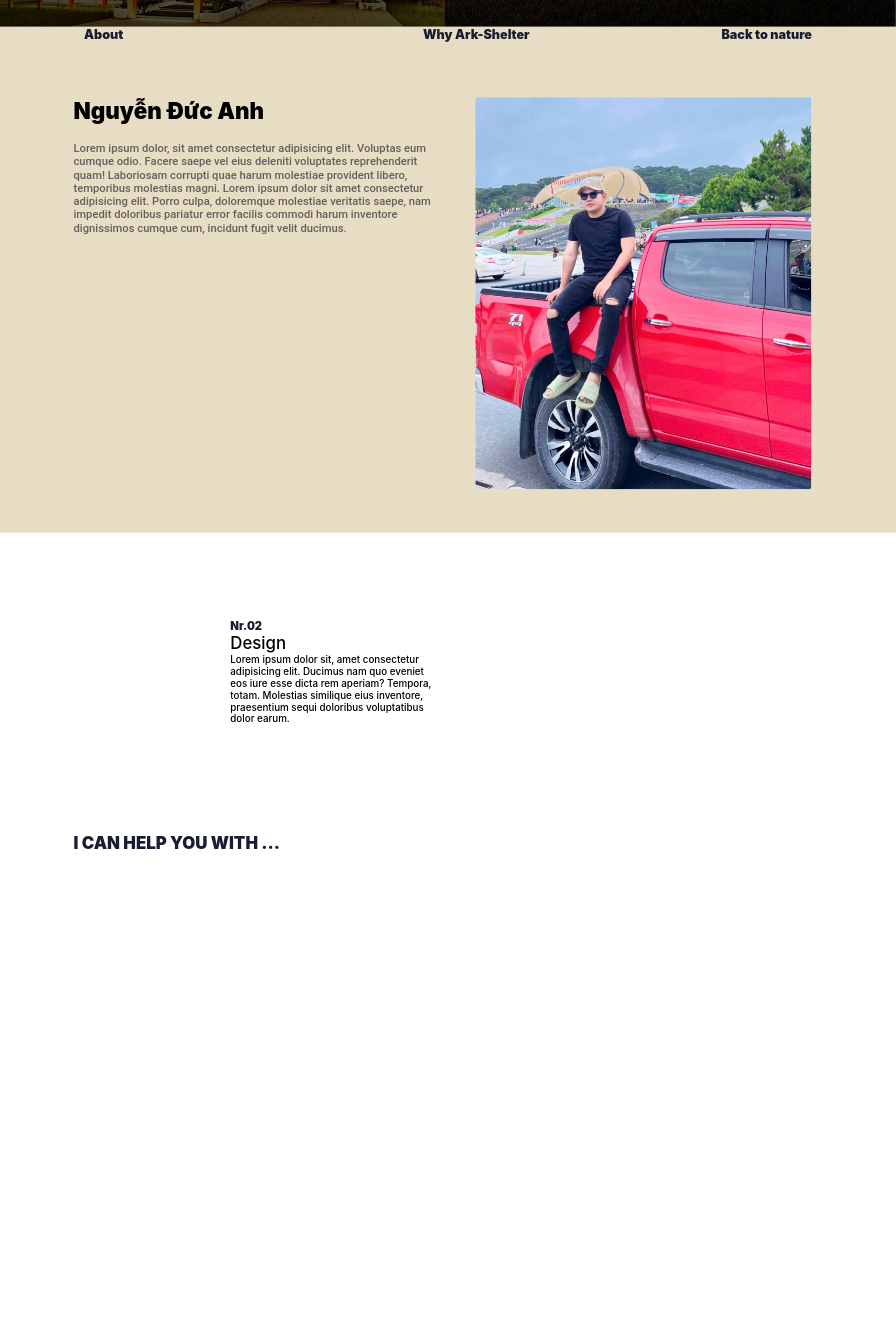
Repository: Ethanxcode/DucAnhNguyen
Page: index.html
The author's editor kept a copy of each file at every save. The page is drawn from the files as they stood at one save, then again after the next save.
The browser window is 1280 px wide. The pictures show the part of the page from y = 680 to 2600 px (the page is 10000 px tall), at 70% of full size.

Above is the page before, as saved 2023-01-14 02:11:42.

### index.html
<!DOCTYPE html>
<html lang="en">
	<head>
		<meta charset="UTF-8" />
		<meta http-equiv="X-UA-Compatible" content="IE=edge" />
		<meta name="viewport" content="width=device-width, initial-scale=1.0" />
		<link rel="stylesheet" href="./style.css" />
		<link
			rel="stylesheet"
			href="https://cdnjs.cloudflare.com/ajax/libs/font-awesome/6.2.1/css/all.min.css"
		/>
		<!-- <link rel="stylesheet" type="text/css" href="/css/fonts.css" /> -->
		<title>DucAnhNguyen</title>
	</head>
	<body>
		<div id="root">
			<section class="container bgimage header">
				<div
					class="bg-image-holder"
					style="
						background-image: url(./Assets/241194850_2108411145980762_7904081432669109629_n.jpg);
					"
				></div>
				<nav class="navigation content-above">
					<ul class="headerMenu">
						<li>
							<a href=""><h2 class="textLogo">Duc Anh</h2></a>
						</li>
						<li class="subHeaderMenu">
							<ul>
								<li>
									<a href="#" class="inter-black-iron-16px">Live</a>
								</li>
								<li>
									<a href="#" class="inter-black-iron-16px">Projects</a>
								</li>
								<li>
									<a href="#" class="inter-black-iron-16px">Contacts</a>
								</li>
							</ul>
						</li>
					</ul>
				</nav>
				<nav class="heroSubNavigation">
					<button class="btn inter-black-almod-16px" style="margin-left: 88px">
						<i class="icon-margin-8px fa-solid fa-arrow-right-from-bracket"></i>
						Check out our feature on news
					</button>
					<h1 class="heroTitle">
						New way <br />
						of living.
					</h1>
					<p class="inter-black-iron-16px" style="text-transform: capitalize">
						change the way you live life, closer to nature
					</p>
					<p class="childrenSubNav">Modular, sustainable, premeium.</p>
				</nav>
			</section>

			<section class="AboutSection container content-above">
				<header class="HeaderSection">
					<ul class="HeaderSectionMenu">
						<li>
							<h4 class="inter-black-eerie-black-18px">About</h4>
						</li>
						<ul class="subSectionMenu">
							<li>
								<h4 class="inter-black-eerie-black-18px">Why Ark-Shelter</h4>
							</li>
							<li>
								<h4 class="inter-black-eerie-black-18px">Back to nature</h4>
							</li>
						</ul>
					</ul>
				</header>
				<div class="row Aboutcontent">
					<div class="col-half">
						<h1 class="nameTitle">Nguyễn Đức Anh</h1>
						<p class="margin-top-24px inter-medium-tundora-16px">
							Lorem ipsum dolor, sit amet consectetur adipisicing elit. Voluptas
							eum cumque odio. Facere saepe vel eius deleniti voluptates
							reprehenderit quam! Laboriosam corrupti quae harum molestiae
							provident libero, temporibus molestias magni. Lorem ipsum dolor
							sit amet consectetur adipisicing elit. Porro culpa, doloremque
							molestiae veritatis saepe, nam impedit doloribus pariatur error
							facilis commodi harum inventore dignissimos cumque cum, incidunt
							fugit velit ducimus.
						</p>
						<p class="inter-black-eerie-black-24px subContent">
							I CAN HELP YOU WITH ...
						</p>
					</div>
					<div class="col-half">
						<img
							src="./Assets/P1.jpg"
							alt=""
							style="
								height: 560px;
								width: 480px;
								object-fit: cover;
								border-radius: 4px;
								float: right;
								margin-right: -14px;
							"
						/>
					</div>
					<div class="subAboutContent">
						<div class="col-half">
							<h4 class="inter-black-eerie-black-16px">Nr.02</h4>
							<h3 class="inter-medium-black-24px">Design</h3>
							<p class="inter-medium-black-14px">
								Lorem ipsum dolor sit, amet consectetur adipisicing elit.
								Ducimus nam quo eveniet eos iure esse dicta rem aperiam?
								Tempora, totam. Molestias similique eius inventore, praesentium
								sequi doloribus voluptatibus dolor earum.
							</p>
						</div>
						<div class="col-half"></div>
					</div>
				</div>
			</section>
		</div>
	</body>
</html>

### style.css
* {
	padding: 0;
	margin: 0;
	box-sizing: border-box;
}

html {
	height: 10000px;
}

:root {
	--custom-color-one: rgb(32, 45, 99, 01);
	--custom-color-two: rgb(232, 198, 113);
	--black: rgba(0, 0, 0, 1);
	--mirage: rgba(23, 28, 48, 1);
	--eerie-black: rgba(24, 29, 49, 1);
	--tundora-2: rgba(67, 66, 66, 0.8);
	--tundora: rgba(67, 66, 66, 0.8);
	--pablo: rgba(120, 113, 108, 1);
	--iron: rgba(216, 216, 216, 1);
	--almod: rgba(230, 221, 196, 1);

	--font-size-xxxs: 16px;
	--font-size-xxs: 18px;
	--font-size-xs: 22px;
	--font-size-s: 24px;
	--font-size-m: 28px;
	--font-size-l: 32px;
	--font-size-xl: 36px;
	--font-size-xxl: 48px;
	--font-size-xxxl: 128px;

	--font-family-inter: 'Inter';
	--font-family-roboto: 'Roboto';
}

.root {
	max-width: 1920px;
	max-height: 10000px;
}

.col {
	float: left;
	padding-left: 8px;
	padding-right: 8px;
}

.col-third {
	width: 33.33333%;
}

.col-half {
	width: 50%;
}

.col-full {
	width: 100%;
}

.col-sm-12 {
	position: relative;
	width: 100%;
	padding-right: 15px;
	padding-left: 15px;
}

.mt-8 {
	margin-top: 8px;
}

.mt-16 {
	margin-top: 16px;
}

.mt-32 {
	margin-top: 32px;
}

.row {
	display: flex;
	flex-wrap: wrap;
	width: 100%;
	margin-right: -15px;
	margin-left: -15px;
}

.first-sub-row {
	width: 100%;
	/* padding: 0 15px; */
	margin: 0 auto;
	flex: wrap;
	display: flex;
}

.second-sub-row {
	width: 100% !important;
	/* padding: 0 15px; */
	margin: 0 auto;
	justify-content: space-between;
}

/* Classes */
.inter-black-iron-16px {
	color: var(--iron);
	font-family: var(--font-family-inter);
	font-size: var(--font-size-xxs);
	font-weight: 900;
	font-style: normal;
	text-transform: uppercase;
	user-select: none;
}

.inter-black-iron-24px {
	color: var(--iron);
	font-family: var(--font-family-inter);
	font-size: var(--font-size-s);
	font-weight: 900;
	font-style: normal;
	user-select: none;
}

.inter-black-eerie-black-24px {
	color: var(--eerie-black);
	font-family: var(--font-family-inter);
	font-size: var(--font-size-s);
	font-weight: 900;
	font-style: normal;
}
.inter-black-eerie-black-18px {
	color: var(--eerie-black);
	font-family: var(--font-family-inter);
	font-size: 18px;
	font-weight: 900;
	font-style: normal;
}

.inter-black-eerie-black-16px {
	color: var(--eerie-black);
	font-family: var(--font-family-inter);
	font-size: 16px;
	font-weight: 900;
	font-style: normal;
}

.inter-medium-black-14px {
	color: var(--black);
	font-family: var(--font-family-inter);
	font-size: 14px;
	font-weight: 500;
	font-style: normal;
}

.inter-medium-black-16px {
	color: var(--black);
	font-family: var(--font-family-inter);
	font-size: var(--font-size-xxxs);
	font-weight: 500;
	font-style: normal;
}

.inter-medium-black-24px {
	color: var(--black);
	font-family: var(--font-family-inter);
	font-size: var(--font-size-s);
	font-weight: 500;
	font-style: normal;
}

.inter-medium-black-32px {
	color: var(--black);
	font-family: var(--font-family-inter);
	font-size: var(--font-size-l);
	font-weight: 500;
	font-style: normal;
}

.inter-medium-tundora-28px {
	color: var(--tundora);
	font-family: var(--font-family-roboto);
	font-size: var(--font-size-m);
	font-weight: 500;
	font-style: normal;
}

.inter-medium-tundora-16px {
	color: var(--tundora);
	font-family: var(--font-family-roboto);
	font-size: var(--font-size-xxxs);
	font-weight: 500;
	font-style: normal;
}
.inter-medium-tundora-18px {
	color: var(--tundora);
	font-family: var(--font-family-roboto);
	font-size: var(--font-size-xxs);
	font-weight: 500;
	font-style: normal;
}

.inter-medium-tundora-28px-2 {
	color: var(--tundora-2);
	font-family: var(--font-family-inter);
	font-size: var(--font-size-m);
	font-weight: 500;
	font-style: normal;
}

.inter-medium-tundora-28px-2 {
	color: var(--tundora);
	font-family: var(--font-family-inter);
	font-size: var(--font-size-m);
	font-weight: 500;
	font-style: normal;
}

.btn {
	text-decoration: none;
	padding: 16px 24px;
	margin: 0;
	background-color: var(--mirage);
	color: var(--almod);
	font-weight: 500;
	display: inline-block;
	box-shadow: 0 4px 30px rgb(0 0 0 / 10%);
	transition: 0.3s ease;
	border: none;
	/* position: relative; */
	text-align: center;
	border-radius: 100px;
	font-family: var(--font-family-inter);
	font-size: 14px;
	font-weight: 900;
	font-style: normal;
}
.icon-margin-8px {
	margin-right: 8px;
}
.btn:hover {
	background-color: rgba(11, 16, 41, 0.85);
	color: rgb(233, 200, 117);
	cursor: pointer;
}

.btn:hover:before {
	opacity: 0.07;
	visibility: visible;
}

.btn:hover {
	/* color: #212529; */
	text-decoration: none;
}

.btn--xs {
	line-height: 42px;
	padding: 0 19px;
	font-size: 15px;
	margin: 0px 8px;
}

.btn--news-xs {
	line-height: 36px;
	padding: 6px 20px;
	font-size: 15px;
}

.btn--news-xs > a {
	line-height: 36px;
	/* padding: 4px 16px; */
	font-size: 20px;
	color: #fff;
	font-weight: 400;
}

.news-btn {
	margin-top: 16px;
}

.btn-form--xs {
	line-height: 36px;
	padding: 0 19px;
	font-size: 15px;
}

.btn--lg,
.btn-lg {
	line-height: 55px;
	font-size: 16px;
	min-width: 195px;
}

.heroTitle {
	color: var(--iron);
	font-family: var(--font-family-inter);
	font-size: 88px;
	font-weight: 900;
	letter-spacing: 0;
	line-height: normal;
	margin-top: 40px;
	min-height: 150px;
	text-transform: uppercase;
	/* width: 752px; */
	text-shadow: 14px 4px 16px #000;
	user-select: none;
}

.textLogo {
	text-transform: uppercase;
	color: var(--iron);
	font-family: var(--font-family-inter);
	font-size: var(--font-size-xxl);
	font-weight: 900px;
	letter-spacing: 0;
	line-height: normal;
	/* min-height: 94px; */
	/* min-width: 334px; */
	user-select: none;
}

.container {
	width: 100%;
	padding-right: 120px;
	padding-left: 120px;
	margin-right: auto;
	margin-left: auto;
}

.content-above {
	position: relative;
	z-index: 2;
	user-select: none;
}

.bg-image-holder {
	position: absolute;
	height: 100%;
	width: 100%;
	top: 0;
	left: 0;
	background-size: cover;
	/* background-position: 50% 50% !important; */
	z-index: 0;
	filter: brightness(36%) contrast(100%) saturate(180%);
	box-shadow: inset 0px -36px 100px rgba(0, 0, 0, 0.25);
	-webkit-backdrop-filter: brightness(36%) contrast(100%) saturate(180%);
	/* scale: (5px); */
	/* -webkit-transition: opacity 0.3s linear; */
}

.navigation {
	margin-bottom: 64px;
}

.heroSubNavigation {
	width: 100%;
	position: relative;
}

/* .navigation .subNavigation {
	display: table;
	vertical-align: middle;
	text-align: center;
	width: 100%;
	height: 100%;
} */

.childrenSubNav {
	color: var(--iron);
	font-family: var(--font-family-inter);
	font-size: 14px;
	font-weight: 900;
	position: absolute;
	/* margin-bottom: 61px; */
	margin-right: -130px;
	/* min-height: 27px; */
	/* min-width: 360px; */
	transform: rotate(90deg);
	/* position: relative; */
	right: 0;
	top: 62%;
}

.hero-area .hero-content .content-wrapper {
	display: table-cell;
	vertical-align: middle;
}

.headerMenu {
	align-items: center;
	display: flex;
	justify-content: space-between;
}

.headerMenu > li {
	display: inline-block;
	/* padding: 12px 0; */
	/* margin-right: 30px; */
	list-style: none;
}

a {
	text-decoration: none;
}

li {
	list-style: none;
}

.subHeaderMenu > ul {
	flex-direction: row;
	display: flex;
}

.subHeaderMenu > ul > li {
	list-style: none;
	line-height: 34px;
	margin-right: 60px;
	padding: 24px 0;
}

subHeaderMenu > ul > li > a {
	/* gap: 0.5em; */
	text-decoration: none;
}

.subHeaderMenu > ul > li > a:hover {
	cursor: pointer;
	gap: 0.5em;
	color: var(--pablo);
	/* background-color: #fffd; */
	/* backdrop-filter: blur(10px) saturate(160%) contrast(180%); */
}

.header {
	height: 678px;
}

.AboutSection {
	background-color: var(--almod);
	height: 723px;
	/* position: relative; */
	width: 100%;
}

.margin-top-16px {
	margin-top: 16px;
}
.margin-top-24px {
	margin-top: 24px;
}
.margin-top-32px {
	margin-top: 320px;
}
.margin-top-48px {
	margin-top: 48px;
}
.margin-top-64px {
	margin-top: 64px;
}

.bgimage:before {
	z-index: 1;
}

.AboutSection {
	/* display: flex; */
	/* width: 100%; */
}

.HeaderSection {
}

.HeaderSectionMenu {
	margin-top: 40px;
	align-items: center;
	display: flex;
	justify-content: space-between;
}

.subSectionMenu {
	align-items: center;
	display: flex;

	justify-content: space-around;
}
.subSectionMenu > li:first-child {
	margin-right: 274px;
}

.HeaderSectionMenu > li {
}

.Aboutcontent {
	height: 1080px;
	position: relative;
	justify-content: center;
	margin-top: 80px;
}

.nameTitle {
	color: var(--black);
	font-family: var(--font-family-inter);
	font-size: var(--font-size-l);
	font-weight: 900;
	font-style: normal;
}

.subContent {
	position: absolute;
	bottom: 0;
}

.subAboutContent {
	width: 80%;
	padding-right: 120px;
	padding-left: 120px;
	margin-right: auto;
	margin-left: auto;
}

After the next save:
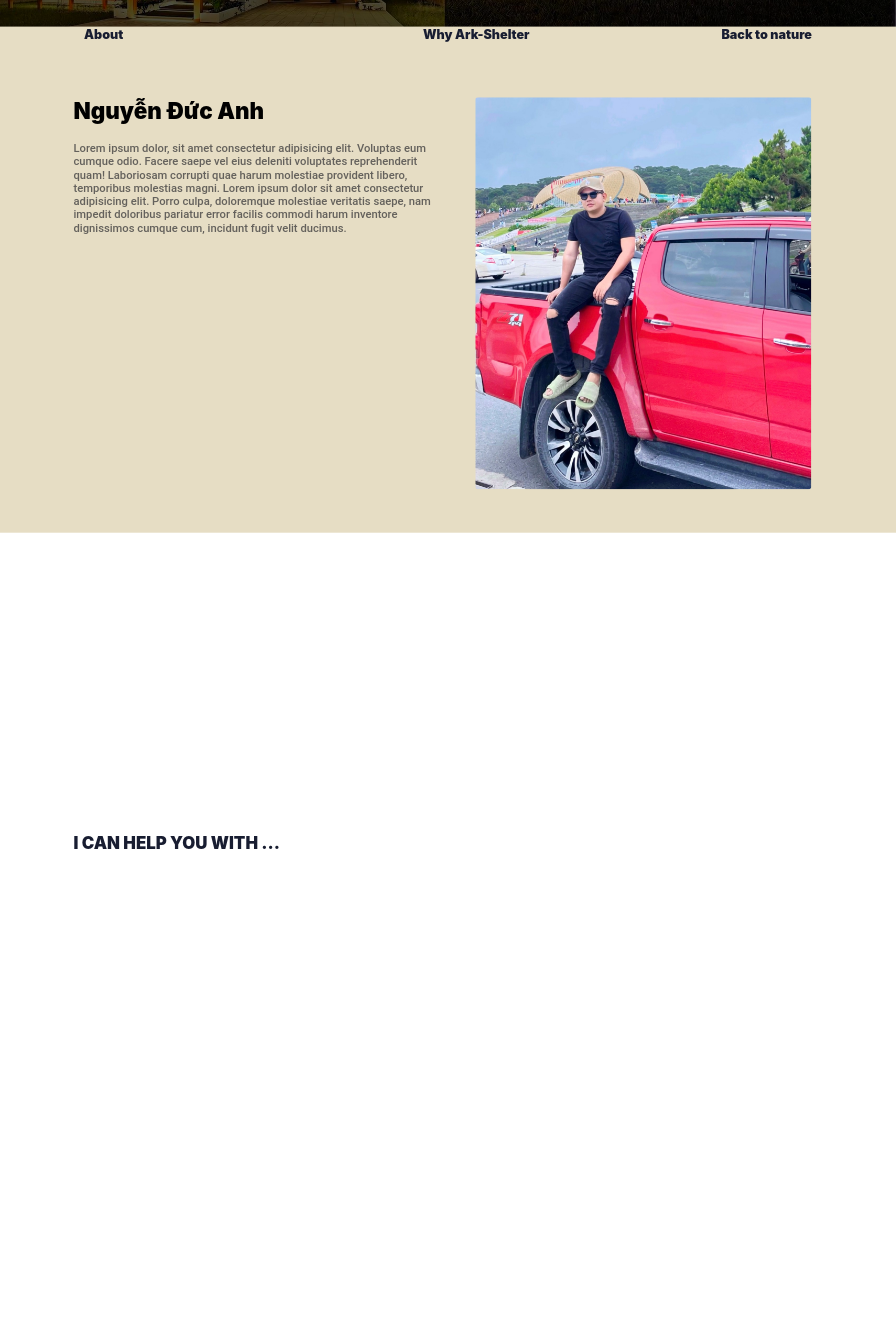
Saved 60 s later.
--- a/index.html
+++ b/index.html
@@ -104,7 +104,7 @@
 							"
 						/>
 					</div>
-					<div class="subAboutContent">
+					<!-- <div class="subAboutContent">
 						<div class="col-half">
 							<h4 class="inter-black-eerie-black-16px">Nr.02</h4>
 							<h3 class="inter-medium-black-24px">Design</h3>
@@ -114,7 +114,7 @@
 								Tempora, totam. Molestias similique eius inventore, praesentium
 								sequi doloribus voluptatibus dolor earum.
 							</p>
-						</div>
+						</div> -->
 						<div class="col-half"></div>
 					</div>
 				</div>
